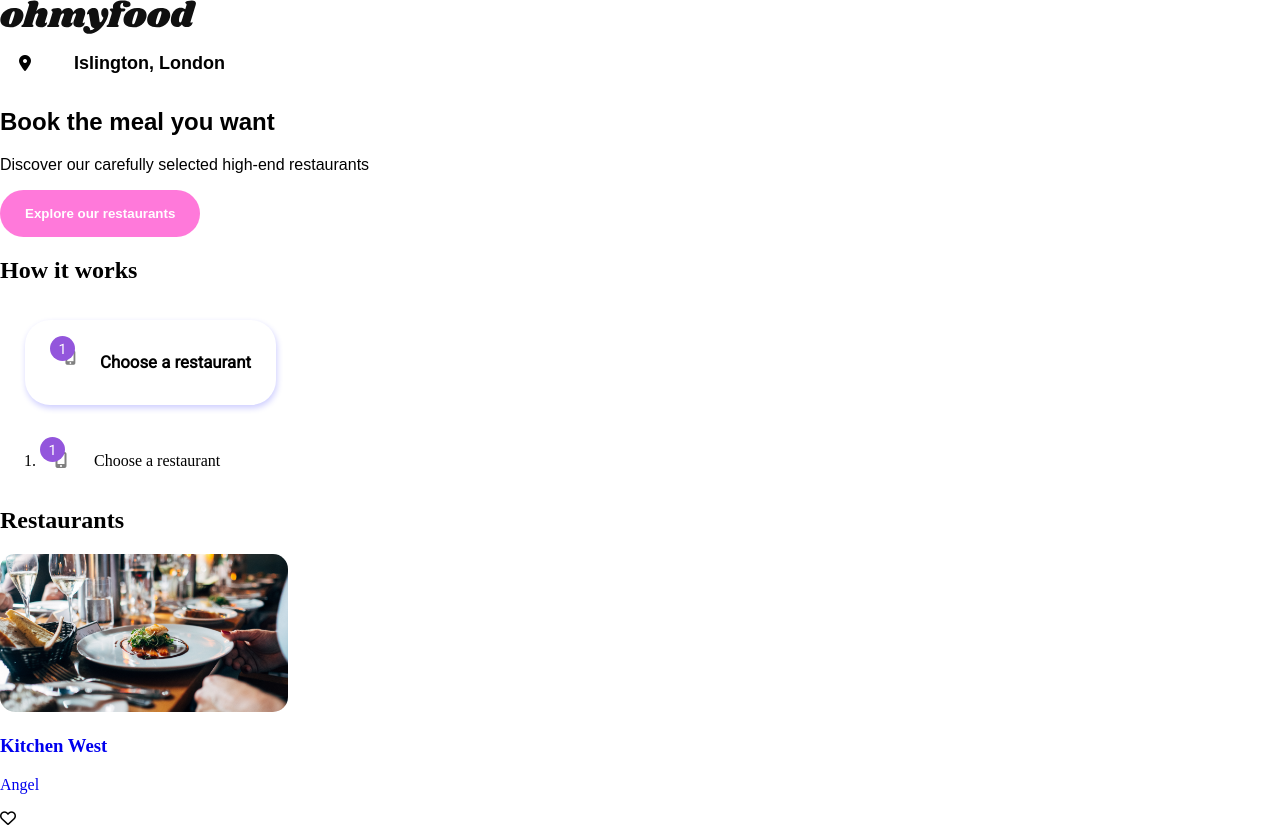
Repository: R1ptou/Project-3
Page: index.html
The author's editor kept a copy of each file at every save. The page is drawn from the files as they stood at one save, then again after the next save.
The browser window is 1280 px wide. The pictures show the whole page.
Some web fonts or font styles are not loaded; a fallback is used. The style sheet was rebuilt from its Sass, Less or Tailwind sources for each picture, by a compiler version that may differ from the author's.

Above is the page before, as saved 2024-03-18 14:33:45.

After the next save:
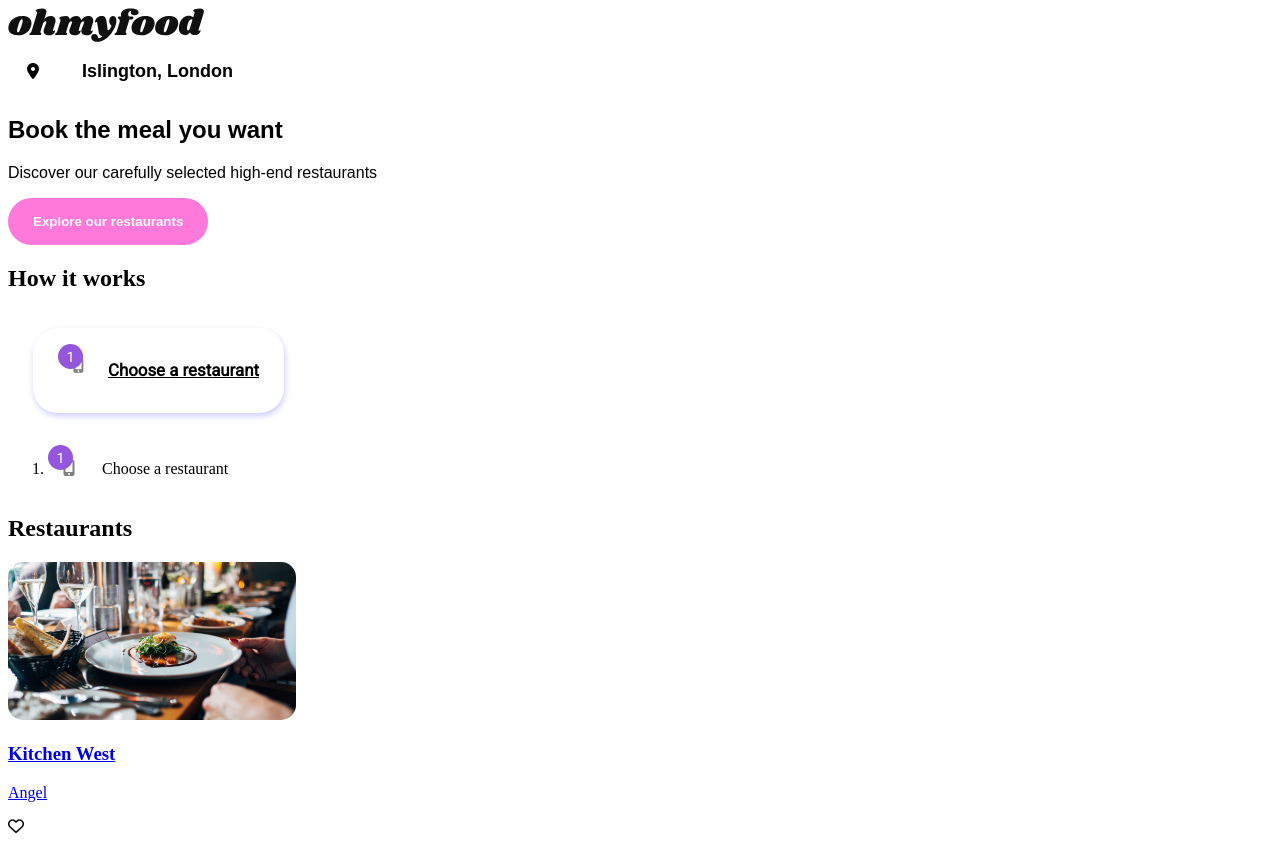
Saved 2 s later.
--- a/scss/style.scss
+++ b/scss/style.scss
@@ -8,15 +8,7 @@
     --tertiary-color: #99E2D0;
 }
 
-body {
-margin: 0;
-padding: 0;
-color: #000;
-}
 
-a {
-    text-decoration: none;
-}
 /****** Header ***********/
 
 /****** Logo ***********/
